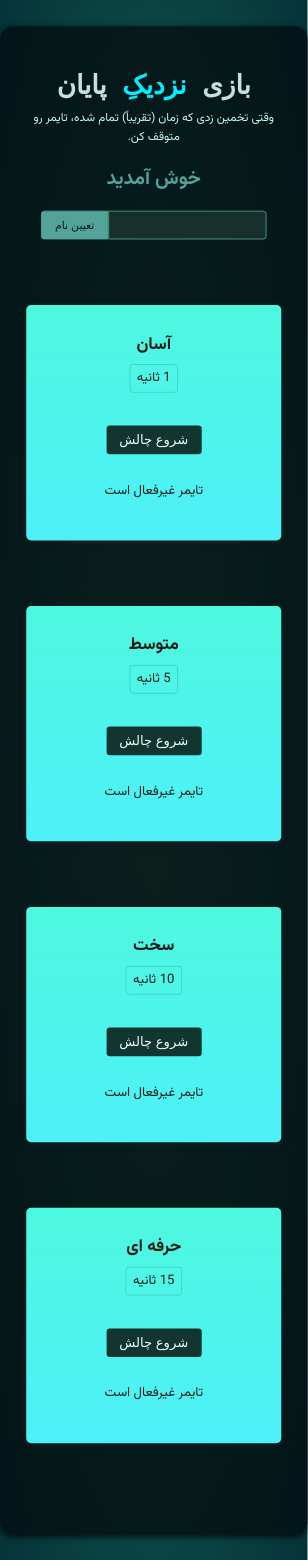
Repository: H-ala/react-near-end
Page: /
These files come from the project's save history. The page is drawn as it stood at one moment and after the next save; the edit follows.
The browser window is 375 px wide. The pictures show the whole page, at 82% of full size.
The project was rebuilt for these pictures with package versions that can differ from the ones it lists, and the page was loaded fresh each time. Also part of the build but not shown: vite.config.js.

Above is the page before, as saved 2025-10-21 19:53:23.

After the next save:
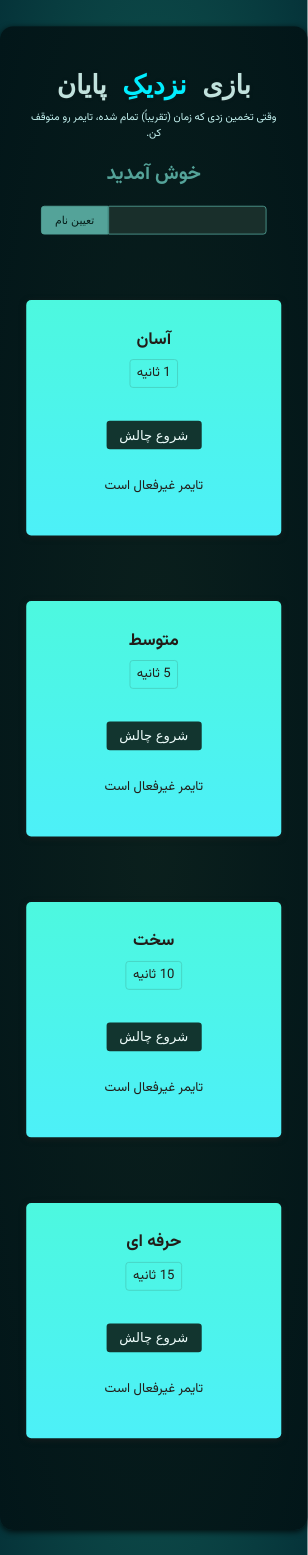
Saved 4 s later.
--- a/src/index.css
+++ b/src/index.css
@@ -256,6 +256,6 @@ header p {
     font-size: 2rem;
   }
   header p {
-    font-size: 0.9rem;
-  }
-}
+    font-size: 0.8rem;
+  }
+}
